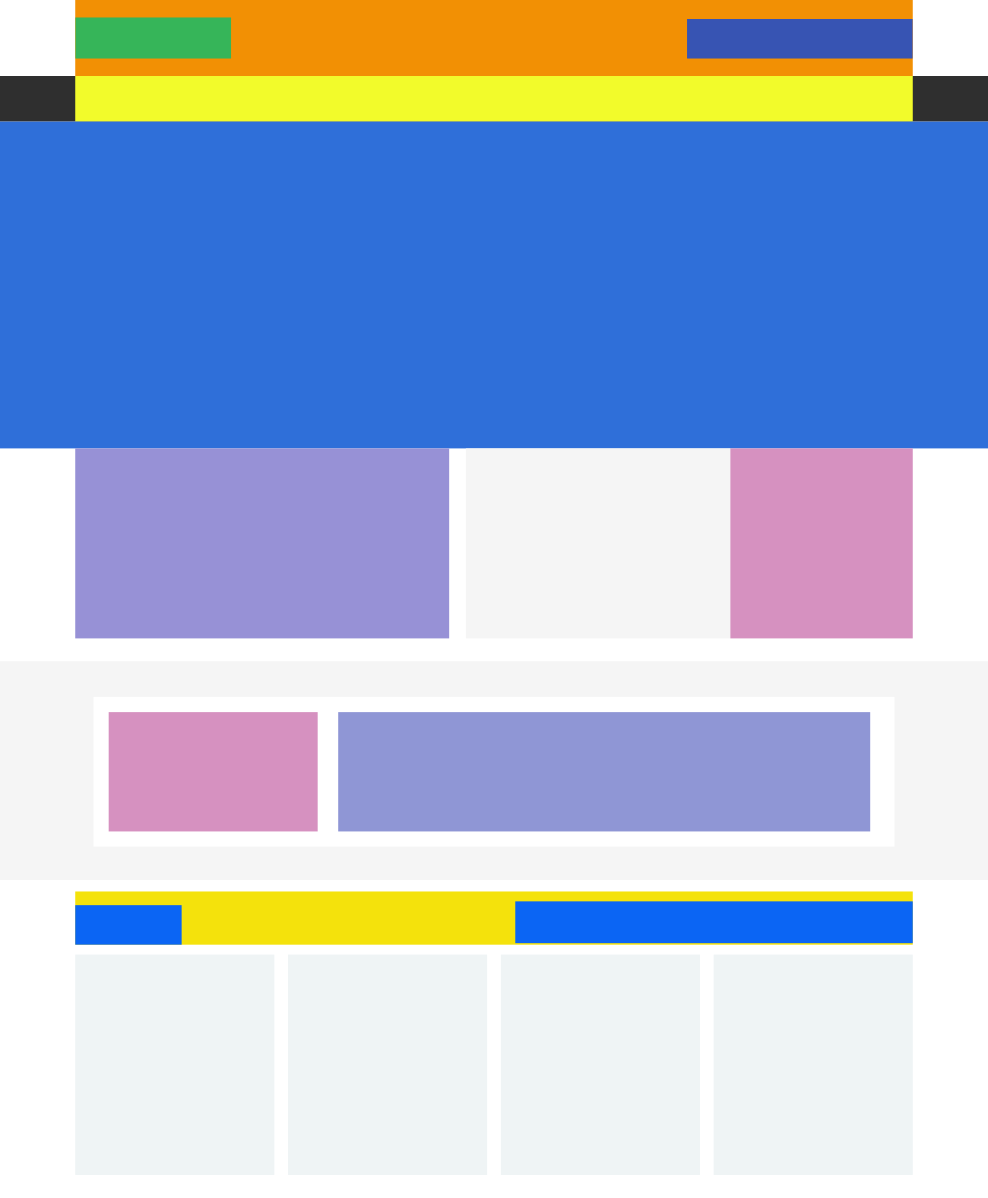
Repository: A1LExX/H5_study_set
Page: day04/扣丁.html
These files come from the project's save history. The page is drawn as it stood at one moment and after the next save; the edit follows.
The browser window is 1280 px wide. The page is 1300 px wide, so the pictures cover 1300 px, including what lies to the right of the window. The pictures show the whole page, at 76% of full size.

Above is the page before, as saved 2021-06-24 22:33:08.

After the next save:
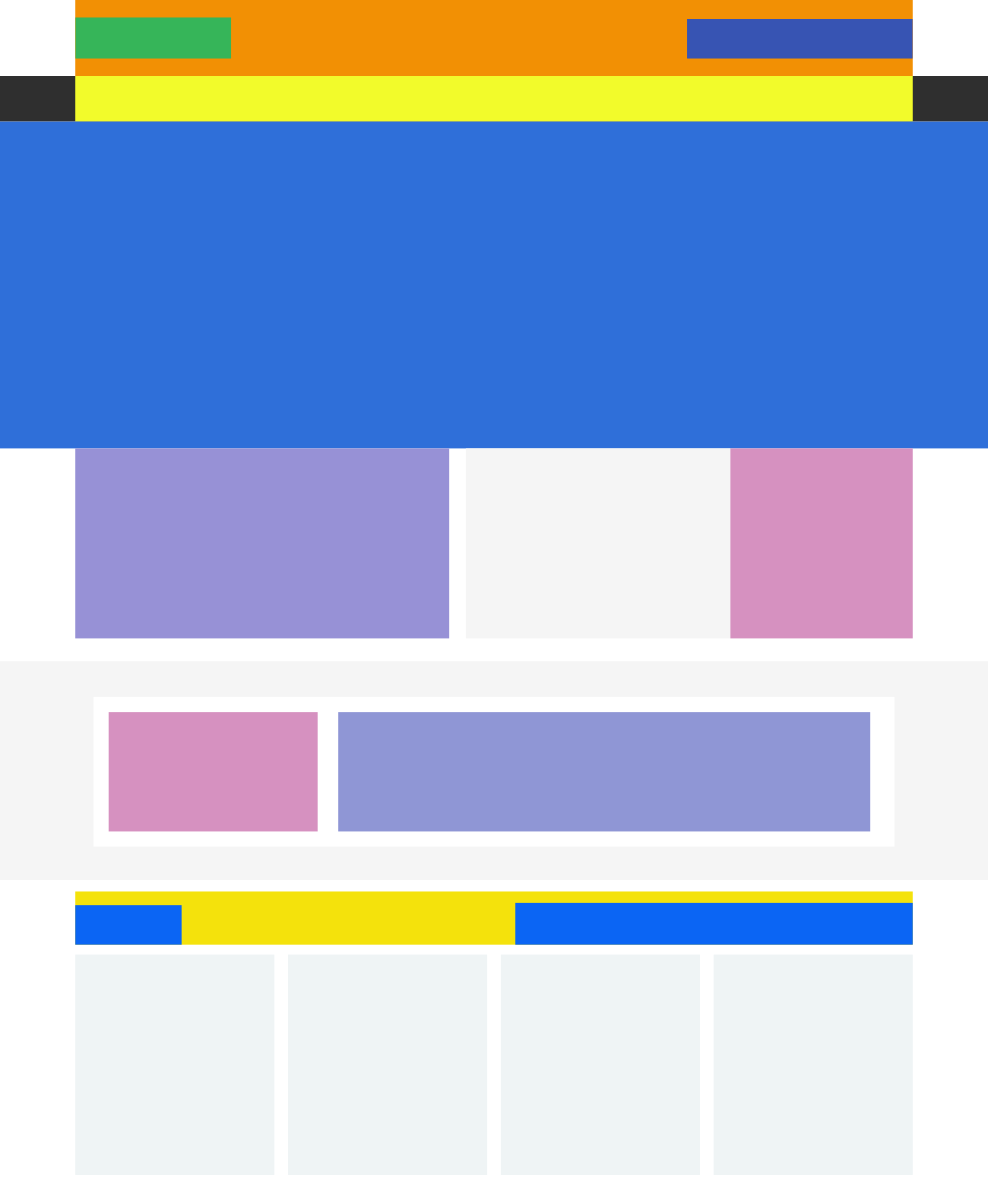
Saved 49 s later.
--- a/day04/css/codingke.css
+++ b/day04/css/codingke.css
@@ -2,7 +2,7 @@
  * @author [Alex Wei]
  * @email [w2262196@outlook.com]
  * @create date 2021-06-24 13:00:50
- * @modify date 2021-06-24 22:33:08
+ * @modify date 2021-06-24 22:33:57
  * @desc [description]
  */
 *{
@@ -146,7 +146,7 @@
     height: 55px;
     float: right;
     background: #0b65f4;
-    margin-top: 13px;
+    margin-top: 15px;
 }
 .out4_2Box1{
     width: 262px;
